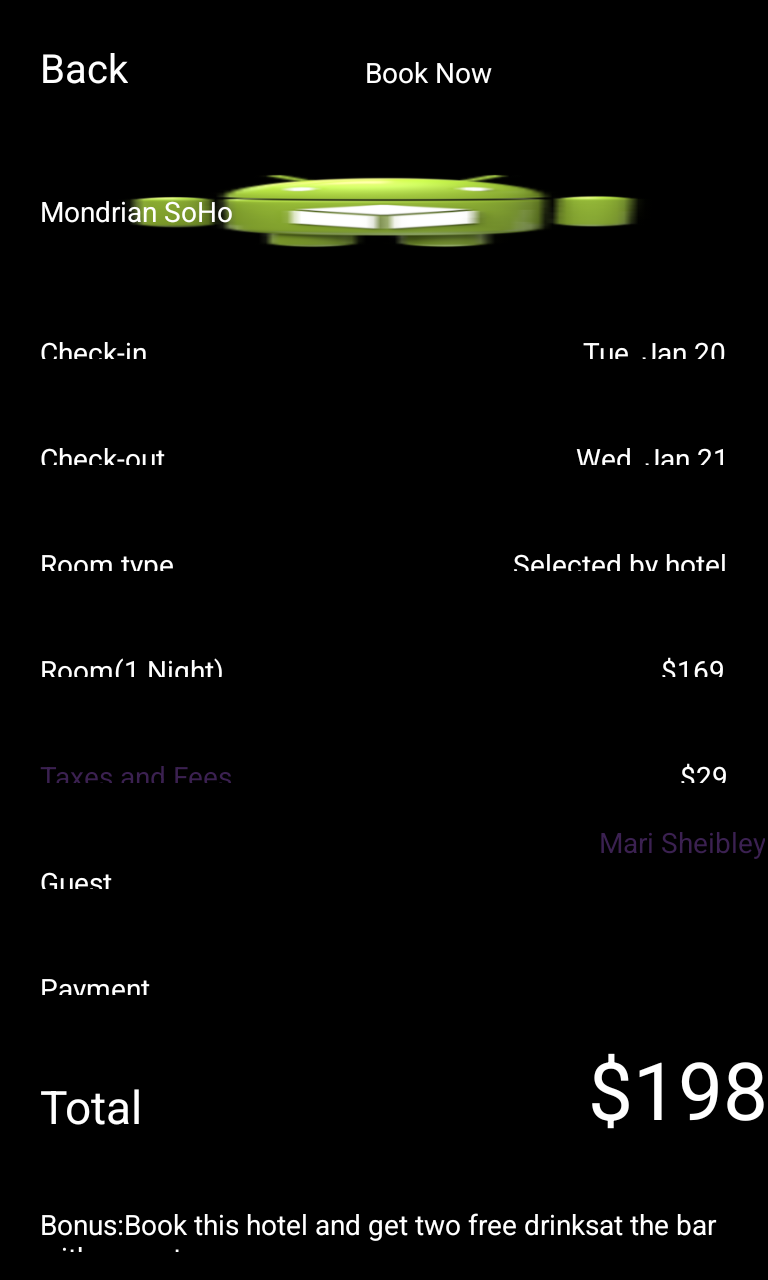
Repository: RibuRoyson/exercise
Layout: exercise8/res/layout/exercise8.xml
These files come from the project's save history. The layout is drawn as it stood at one moment and after the next save; the edit follows.
It is drawn on a 768 x 1280 px phone screen (xhdpi) without system bars, with theme AppTheme; the app's code is not run.

Above is the layout before, as saved 2015-02-16 03:56:46.

### exercise8/res/layout/exercise8.xml
<?xml version="1.0" encoding="utf-8"?>
<RelativeLayout xmlns:android="http://schemas.android.com/apk/res/android"
    android:layout_width="match_parent"
    android:layout_height="match_parent"
    android:background="#000000" >

    <LinearLayout
        android:layout_width="match_parent"
        android:layout_height="match_parent"
        android:orientation="vertical"
        android:weightSum="12.5" >

        <LinearLayout
            android:layout_width="match_parent"
            android:layout_height="wrap_content"
            android:orientation="horizontal"
            android:layout_weight="0.5"
            android:padding="20dp" >

            <TextView
                android:layout_width="wrap_content"
                android:layout_height="wrap_content"
                android:text="Back"
                android:textSize="20sp"
                 android:textColor="#ffffff" />

            <TextView
                android:layout_width="match_parent"
                android:layout_height="wrap_content"
                android:text="Book Now"
                android:gravity="center"
                 android:textColor="#ffffff" />
        </LinearLayout>

        <LinearLayout
            android:layout_width="match_parent"
            android:layout_height="wrap_content"
            android:orientation="horizontal"
            android:layout_weight="1.0"
            android:padding="20dp">

            <TextView
                android:layout_width="match_parent"
                android:layout_height="wrap_content"
                android:background="@drawable/ic_launcher"
                android:gravity="center|left"
                android:text="Mondrian SoHo"
                 android:textColor="#ffffff" />
        </LinearLayout>

        <LinearLayout
            android:layout_width="match_parent"
            android:layout_height="wrap_content"
            android:orientation="horizontal"
            android:weightSum="2.0"
            android:layout_weight="1.0"
            android:padding="20dp" >

            <TextView
                android:layout_width="wrap_content"
                android:layout_height="match_parent"
                android:layout_weight="0.99"
                android:text="Check-in"
                android:gravity="center|start"
                android:textColor="#ffffff" />

            <TextView
                android:layout_width="wrap_content"
                android:layout_height="match_parent"
                android:layout_weight="1"
                android:gravity="center|end"

                android:text="Tue, Jan 20"
                android:textColor="#ffffff" />

        </LinearLayout>

        <LinearLayout
            android:layout_width="match_parent"
            android:layout_height="wrap_content"
            android:orientation="horizontal"
             android:weightSum="2.0"
              android:layout_weight="1.0">

            <TextView
                android:layout_width="wrap_content"
                android:layout_height="match_parent"
                android:layout_weight="1.00"
                android:text="Check-out"
                android:textColor="#ffffff"
                android:padding="20dp" />

            <TextView
                android:layout_width="wrap_content"
                android:layout_height="match_parent"
                android:layout_weight="1.00"
                android:padding="20dp"
                android:gravity="end"
                android:text="Wed, Jan 21"
                android:textColor="#ffffff" />

        </LinearLayout>

        <LinearLayout
            android:layout_width="match_parent"
            android:layout_height="wrap_content"
            android:orientation="horizontal"
             android:weightSum="2.0"
              android:layout_weight="1.0"
              android:padding="20dp">

            <TextView
                android:layout_width="wrap_content"
                android:layout_height="match_parent"
                android:layout_weight="0.99"
                android:text="Room type"
                  android:gravity="center|start"
                android:textColor="#ffffff" />

            <TextView
                android:layout_width="wrap_content"
                android:layout_height="match_parent"
                android:layout_weight="1"
                android:gravity="center|end"
                android:text="Selected by hotel"
                android:textColor="#ffffff" />

        </LinearLayout>

        <LinearLayout
            android:layout_width="match_parent"
            android:layout_height="wrap_content"
            android:orientation="horizontal"
             android:weightSum="2.0"
              android:layout_weight="1.0"
              android:padding="20dp">

            <TextView
                android:layout_width="wrap_content"
                android:layout_height="match_parent"
                android:layout_weight="0.99"
                android:text="Room(1 Night)"
                android:textColor="#ffffff" />

            <TextView
                android:layout_width="wrap_content"
                android:layout_height="match_parent"
                android:layout_weight="1"
                android:gravity="end"
                android:text="$169"
                android:textColor="#ffffff" />

        </LinearLayout>

        <LinearLayout
            android:layout_width="match_parent"
            android:layout_height="wrap_content"
            android:orientation="horizontal"
             android:weightSum="2.0"
              android:layout_weight="1.0"
              android:padding="20dp" >

            <TextView
                android:layout_width="wrap_content"
                android:layout_height="match_parent"
                android:layout_weight="1.00"
                android:text="Taxes and Fees"
                android:textColor="#3B2151"
                />

            <TextView
                android:layout_width="wrap_content"
                android:layout_height="match_parent"
                android:layout_weight="1.00"
                android:gravity="end"
                android:text="$29"
                android:textColor="#ffffff" />

        </LinearLayout>

        <LinearLayout
            android:layout_width="match_parent"
            android:layout_height="wrap_content"
            android:orientation="horizontal"
             android:weightSum="2.0"
              android:layout_weight="1.0">

            <TextView
                android:layout_width="wrap_content"
                android:layout_height="match_parent"
                android:layout_weight="0.99"
                android:text="Guest"
                android:textColor="#ffffff"
                android:padding="20dp"/>

            <TextView
                android:layout_width="wrap_content"
                android:layout_height="match_parent"
                android:layout_weight="1"
                android:gravity="end"
                android:text="Mari Sheibley"
                android:textColor="#3B2151" />

        </LinearLayout>

        <LinearLayout
            android:layout_width="match_parent"
            android:layout_height="wrap_content"
            android:orientation="horizontal"
             android:weightSum="2.0"
              android:layout_weight="1.0"
              android:padding="20dp" >

            <TextView
                android:layout_width="wrap_content"
                android:layout_height="match_parent"
                android:layout_weight="1.00"
                android:text="Payment"
                android:textColor="#ffffff" />

        </LinearLayout>

        <LinearLayout
            android:layout_width="match_parent"
            android:layout_height="wrap_content"
            android:orientation="horizontal"
             android:weightSum="2.0"
              android:layout_weight="1.0" >

            <TextView
                android:layout_width="wrap_content"
                android:layout_height="match_parent"
                android:layout_weight="1.00"
                android:text="Total"
                android:textColor="#ffffff"
                android:textSize="23sp"
                android:padding="20dp"/>

            <TextView
                android:layout_width="wrap_content"
                android:layout_height="match_parent"
                android:layout_weight="1"
                android:gravity="end"
                android:text="$198"
                android:textColor="#ffffff"
                android:textSize="40sp" />

        </LinearLayout>

        <LinearLayout
            android:layout_width="match_parent"
            android:layout_height="wrap_content"
            android:orientation="horizontal"
             android:layout_weight="2.0"
             android:padding="20dp"
            >

            <TextView
                android:layout_width="match_parent"
                android:layout_height="match_parent"
                android:text="Bonus:Book this hotel and get two free drinksat the bar with your stay"
                android:textColor="#ffffff" />

        </LinearLayout>

        <LinearLayout
            android:layout_width="match_parent"
            android:layout_height="0dp"
            android:layout_gravity="bottom"
            android:orientation="horizontal"
             android:layout_weight="1.0"
             android:background="#3B2151" >

            <TextView
                android:layout_width="match_parent"
                android:layout_height="match_parent"
                android:layout_gravity="bottom"
                android:gravity="center"
                android:text="ADD PAYMENT INFO"
                android:textColor="#ffffff" />

        </LinearLayout>
    </LinearLayout>

</RelativeLayout>

Loaded but not shown: exercise8/res/values/styles.xml (common file); exercise8/res/values-v11/styles.xml (common file); exercise8/res/values-v14/styles.xml (common file)

After the next save:
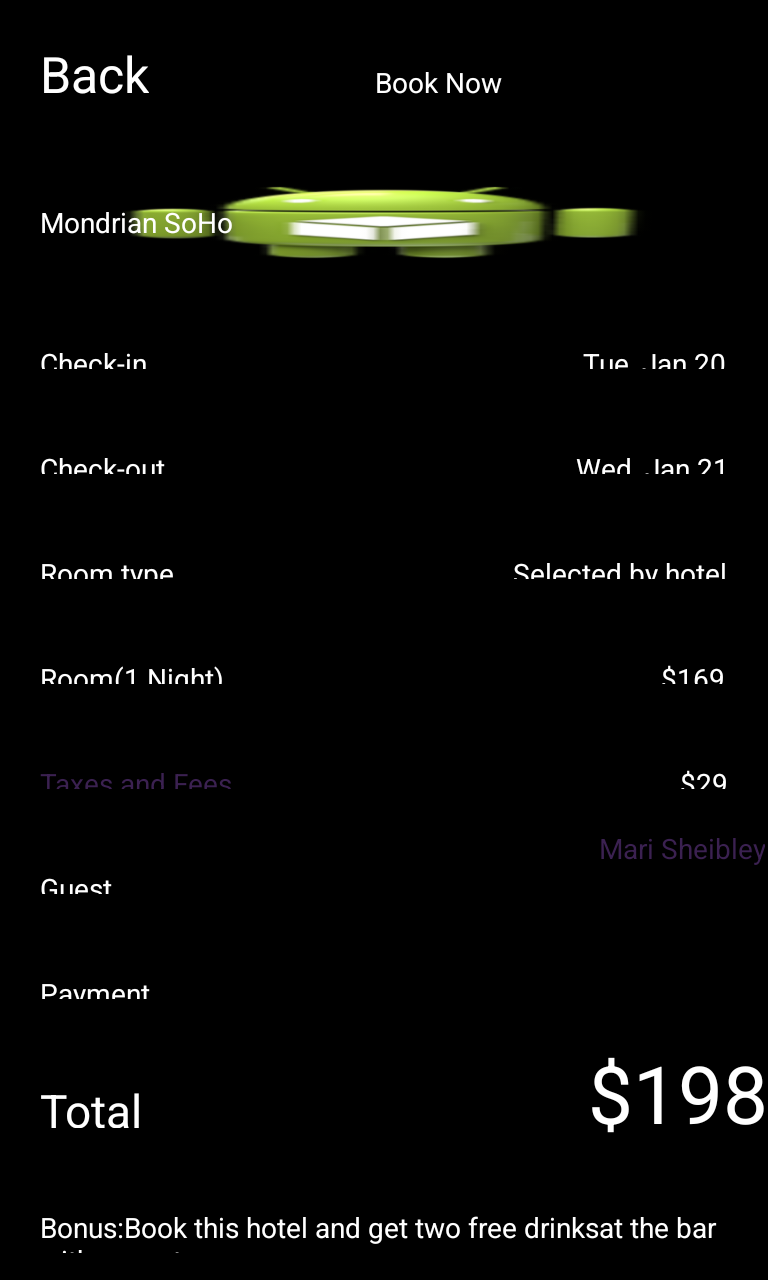
Saved 12 s later.
--- a/exercise8/res/layout/exercise8.xml
+++ b/exercise8/res/layout/exercise8.xml
@@ -21,7 +21,7 @@
                 android:layout_width="wrap_content"
                 android:layout_height="wrap_content"
                 android:text="Back"
-                android:textSize="20sp"
+                android:textSize="25sp"
                  android:textColor="#ffffff" />
 
             <TextView
